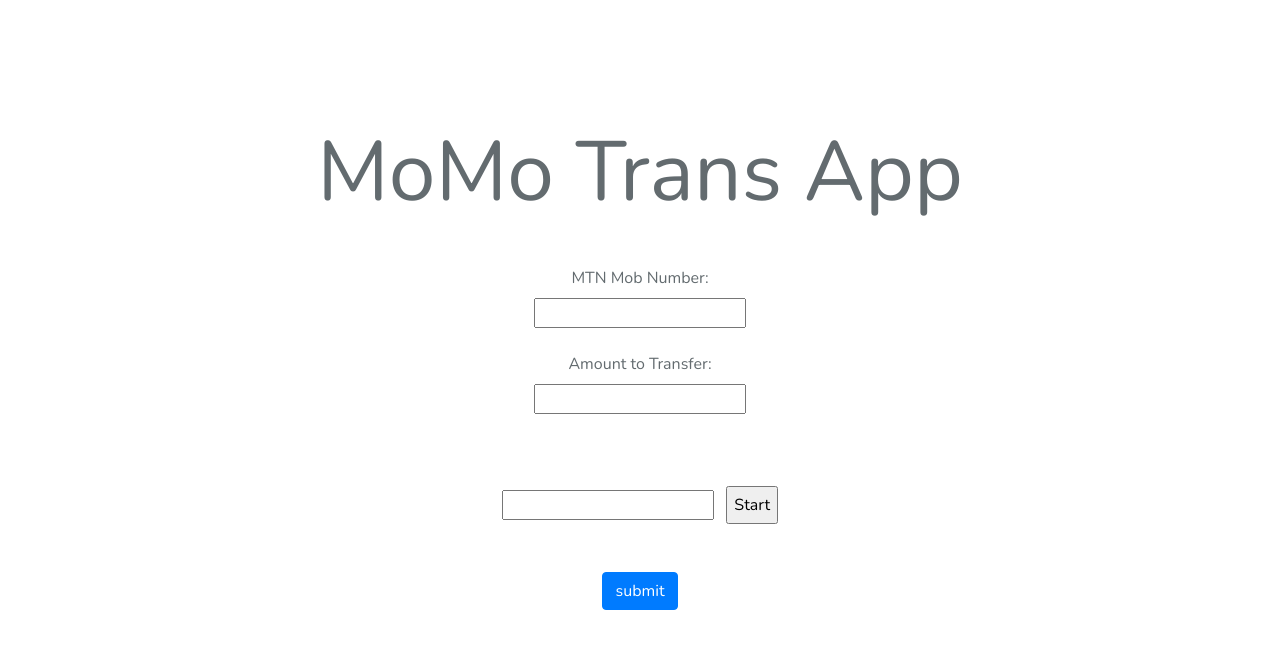
Repository: Vladmir-dev/Work
Page: http://localhost/send-money
An editor plug-in stored every save of this project. The page is shown before and after a run of saves, followed by the edit.
The browser window is 1280 px wide. The pictures show the whole page.
The page is served by the project's Laravel application, run on PHP 8.4 with Laravel 8.

Above is the page before, as saved 2021-02-11 17:05:22.

After the next 2 saves:
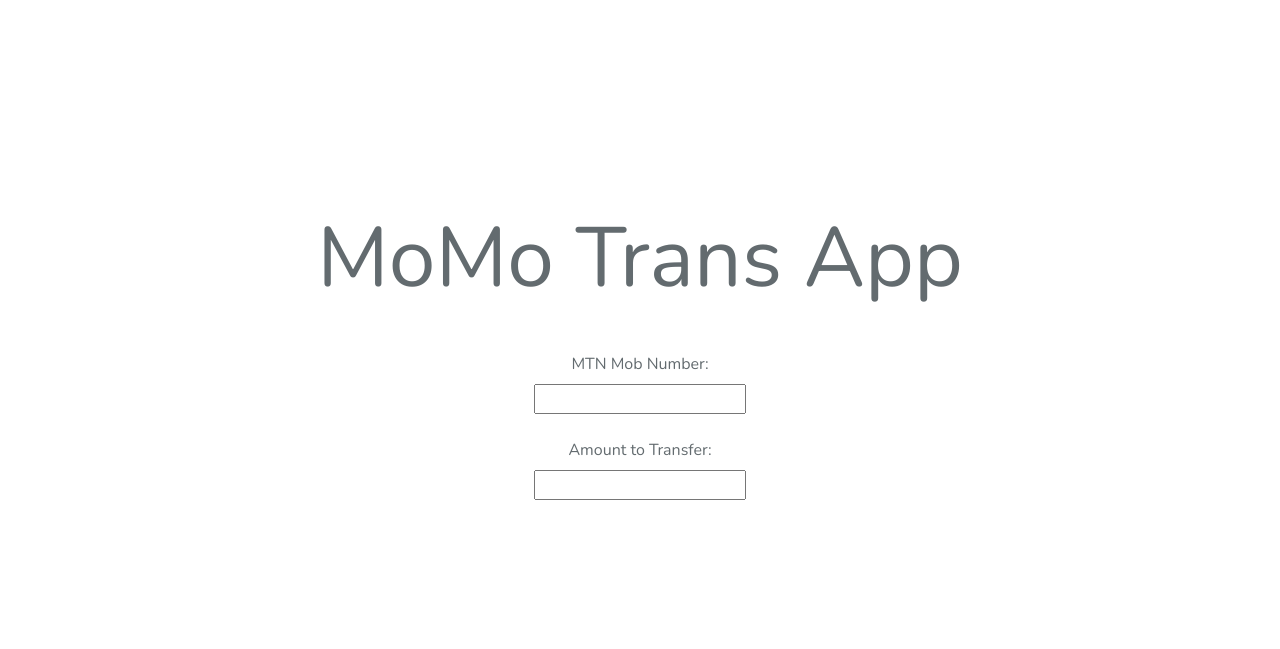
The 2 saves are shown as one change because they came seconds apart.
The last was saved 3 min 44 s later.
--- a/MoMo_Trans/resources/views/SendMoney.blade.php
+++ b/MoMo_Trans/resources/views/SendMoney.blade.php
@@ -89,15 +89,6 @@
                     <input type='text' id='speechText' name="amount"> <br> <br>
                     <label>Amount to Transfer:</label><br>
                     <input type="text" name="momo_amount" id='momo_amount'> <br> <br>
-                    <br><br>
-                    <div class='search_container'>
-                        <!-- Search box-->
-                        <input type="tel" name="momo_number" id="momo_number"> &nbsp;
-                        <input type='button' id='start' value='Start' onclick='startRecording();'>
-                    </div>
-                    <br><br>
-
-                    <input type="submit" value="submit" class="btn btn-primary">
                 </form>
             </div>
         </div>
